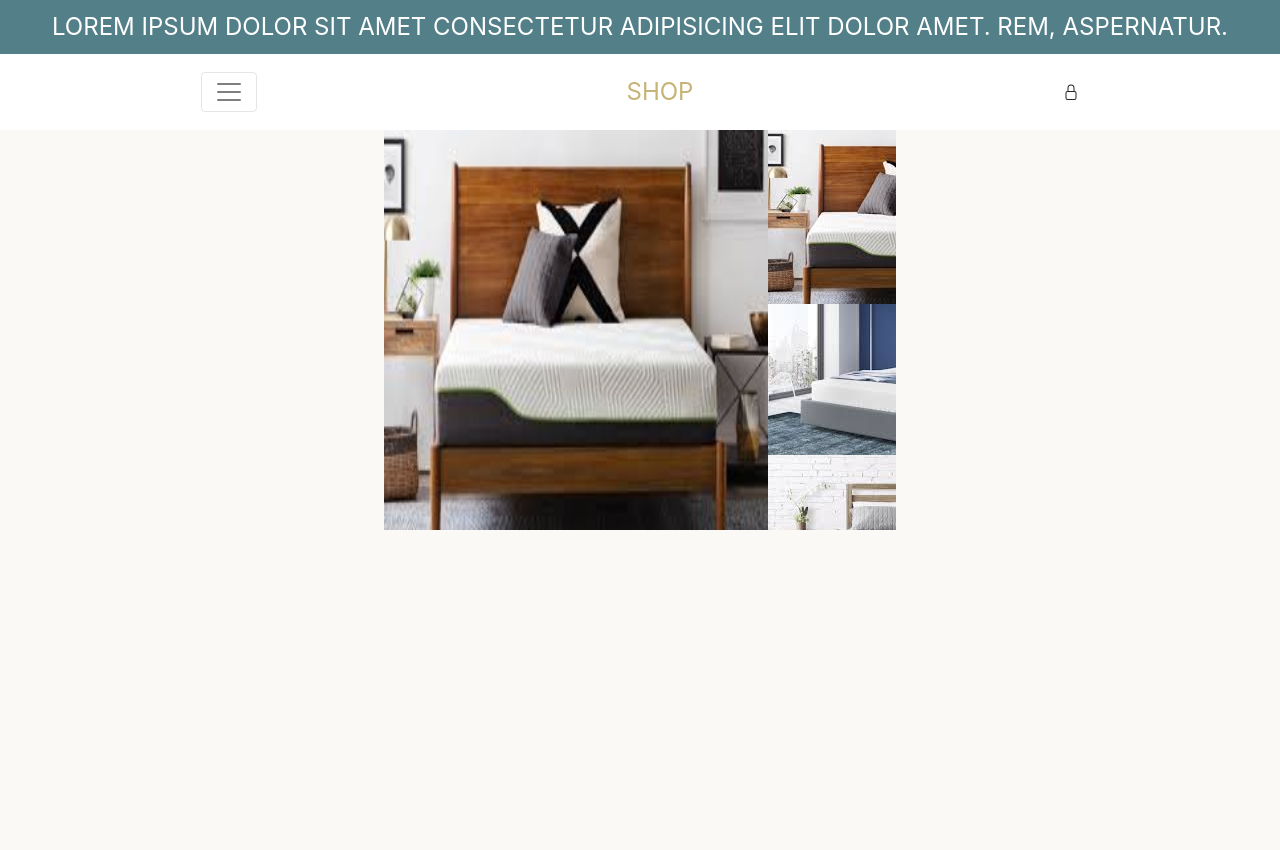
Repository: DaNiels89/frontendassignmentbogbootcamp
Page: index.html
These files come from the project's save history. The page is drawn as it stood at one moment and after the next save; the edit follows.
The browser window is 1280 px wide. The pictures show the whole page.

Above is the page before, as saved 2020-03-19 18:25:29.

After the next save:
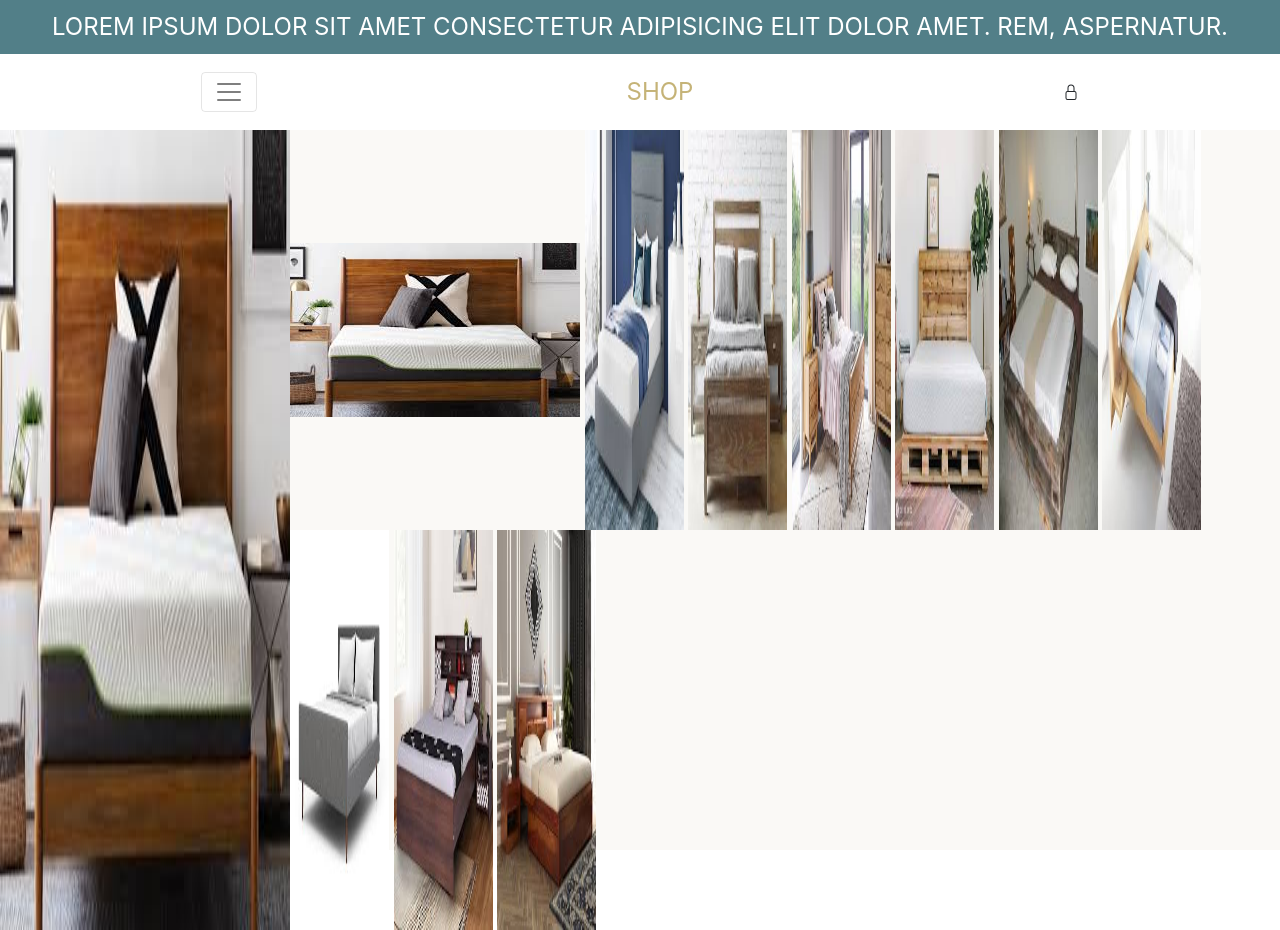
Saved 33 s later.
--- a/css/styles.css
+++ b/css/styles.css
@@ -47,7 +47,7 @@
   height: auto;
 }
 
-.right-carousel {
+.get-image-right-carousel {
   width: 10%;
   height: 400px;
   overflow: hidden;

After the save that followed:
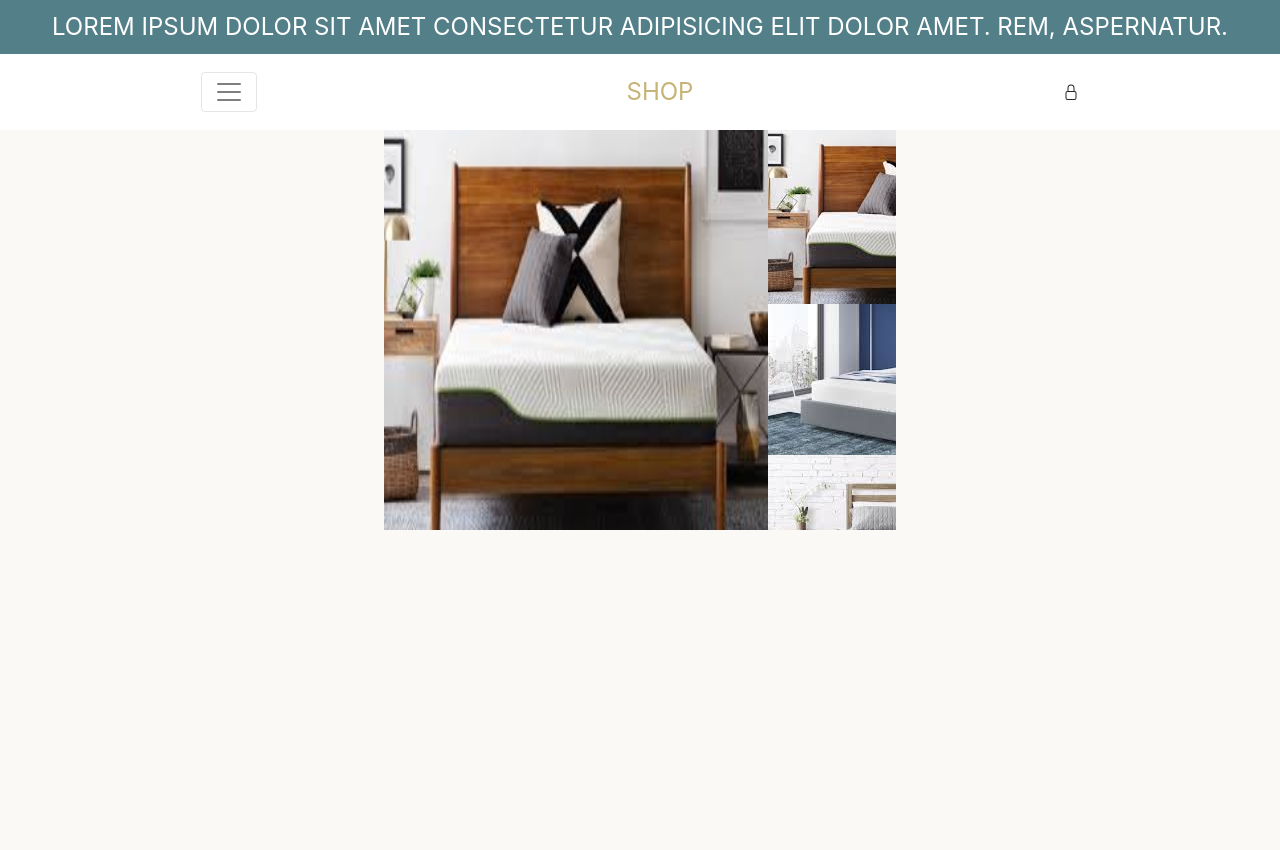
Saved 10 s later.
--- a/css/styles.css
+++ b/css/styles.css
@@ -47,7 +47,7 @@
   height: auto;
 }
 
-.get-image-right-carousel {
+.right-carousel {
   width: 10%;
   height: 400px;
   overflow: hidden;
